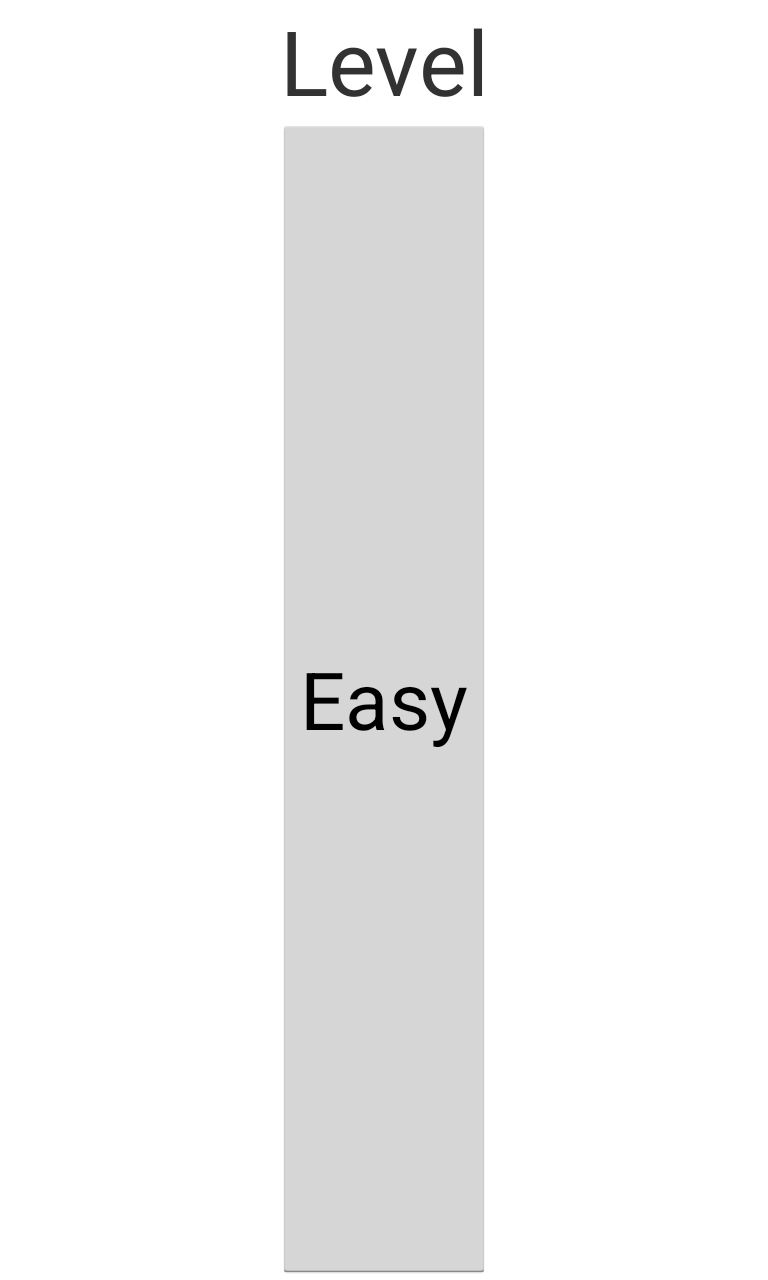
Repository: rupaligarje123/aakash
Layout: androidphotoquiz/FunChem1/photoquiz/res/layout/activity_main.xml
These files come from the project's save history. The layout is drawn as it stood at one moment and after the next save; the edit follows.
It is drawn on a 768 x 1280 px phone screen (xhdpi) without system bars, with theme AppTheme; the app's code is not run.

Above is the layout before, as saved 2013-04-18 06:24:31.

### androidphotoquiz/FunChem1/photoquiz/res/layout/activity_main.xml
<?xml version = "1.0" encoding ="utf-8"?>
<LinearLayout xmlns:android="http://schemas.android.com/apk/res/android"
    xmlns:tools="http://schemas.android.com/tools"
    android:layout_width="fill_parent"
    android:layout_height="fill_parent"
    android:orientation="vertical" >

    <TextView
        android:id="@+id/tvDisplay"
        android:layout_width="fill_parent"
        android:layout_height="60sp"
        android:layout_weight="0.01"
        android:gravity="center"
        android:text="@string/hello_world"
        android:textSize="45sp" />

    <Button
        android:id="@+id/bEasy"
        android:layout_width="wrap_content"
        android:layout_height="match_parent"
        android:layout_gravity="center"
        android:layout_weight="0.50"
        android:text="Easy"
        android:textSize="40sp" />

</LinearLayout>

### androidphotoquiz/FunChem1/photoquiz/res/values/strings.xml
<?xml version="1.0" encoding="utf-8"?>
<resources>

    <string name="app_name">FunChem</string>
    <string name="action_settings">Settings</string>
    <string name="hello_world">Level</string>
    <string name="Result">Select answer</string>
    <string name="st1">dghfg</string>

</resources>

Loaded but not shown: androidphotoquiz/FunChem1/photoquiz/res/values/styles.xml (common file); androidphotoquiz/FunChem1/photoquiz/res/values-v11/styles.xml (common file); androidphotoquiz/FunChem1/photoquiz/res/values-v14/styles.xml (common file)

After the next save:
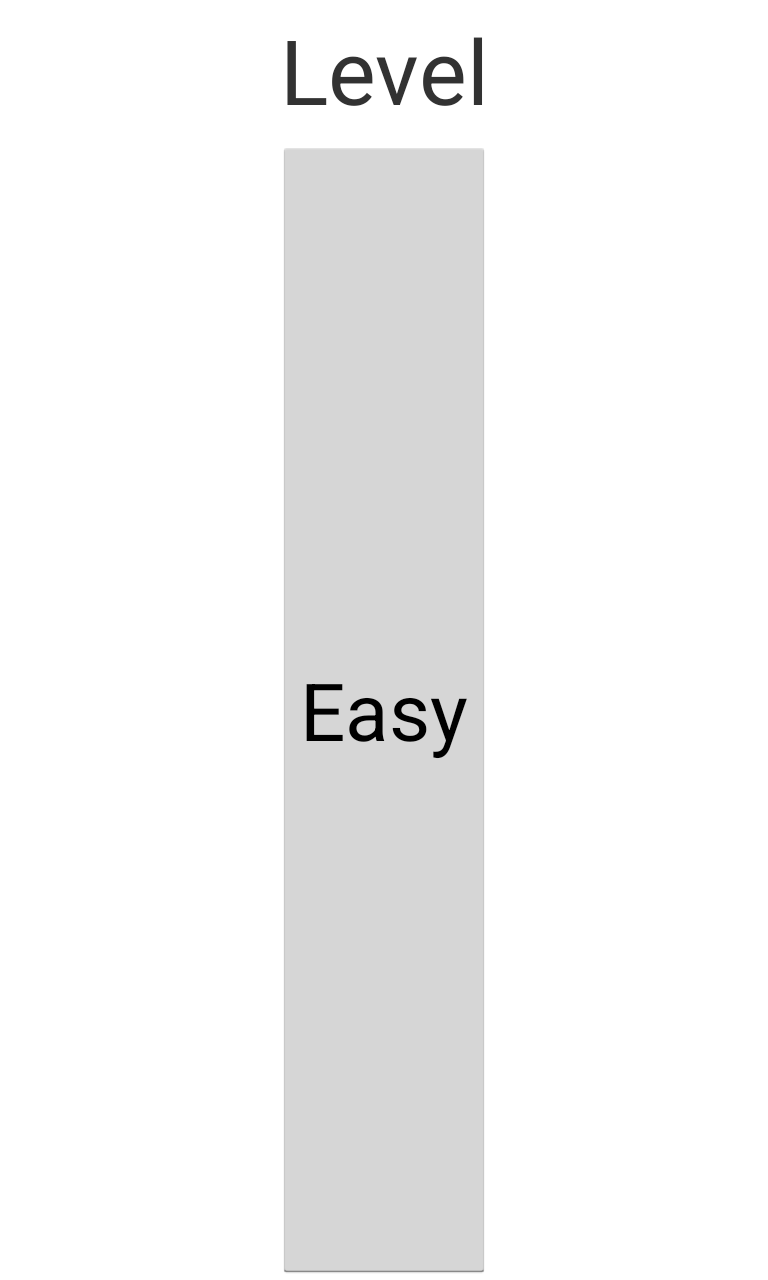
Saved 56 s later.
--- a/androidphotoquiz/FunChem1/photoquiz/res/layout/activity_main.xml
+++ b/androidphotoquiz/FunChem1/photoquiz/res/layout/activity_main.xml
@@ -17,7 +17,7 @@
     <Button
         android:id="@+id/bEasy"
         android:layout_width="wrap_content"
-        android:layout_height="match_parent"
+        android:layout_height="wrap_content"
         android:layout_gravity="center"
         android:layout_weight="0.50"
         android:text="Easy"
